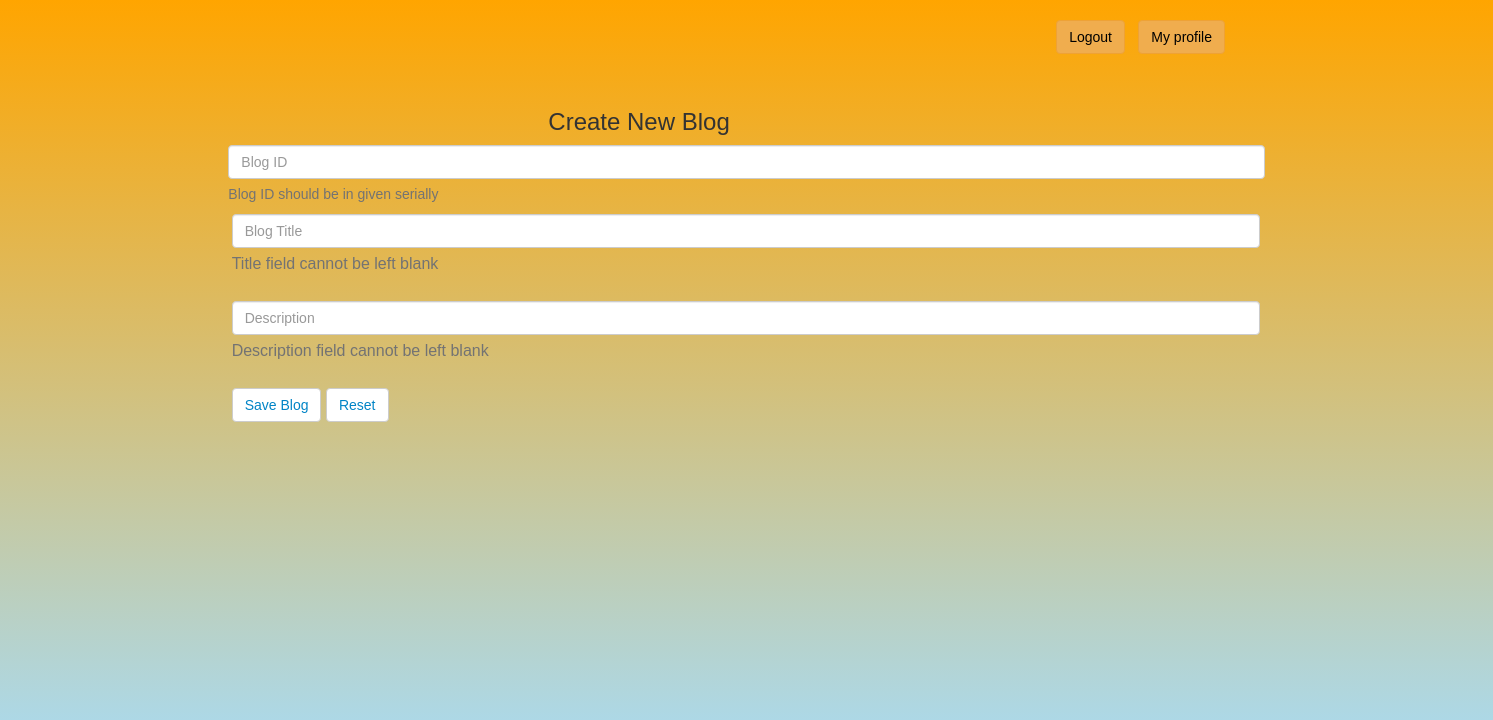
Repository: KaustubhKamat/CollaborationPlatform
Page: CollaborationFrontEnd/WebContent/c_blog/CreateBlog.html
These files come from the project's save history. The page is drawn as it stood at one moment and after the next save; the edit follows.
The browser window is 1280 px wide. The page is 1493 px wide, so the pictures cover 1493 px, including what lies to the right of the window. The pictures show the whole page.
Some web libraries are served in a nearby version.

Above is the page before, as saved 2017-03-14 05:55:00.

### CollaborationFrontEnd/WebContent/c_blog/CreateBlog.html
<html>
<head>
<meta charset="ISO-8859-1">
<title>Insert title here</title>
<link rel="stylesheet"
	href="https://maxcdn.bootstrapcdn.com/bootstrap/3.3.7/css/bootstrap.min.css">
<script
	src="https://ajax.googleapis.com/ajax/libs/jquery/1.12.4/jquery.min.js"></script>
<link rel="stylesheet"
	href="https://maxcdn.bootstrapcdn.com/font-awesome/4.4.0/css/font-awesome.min.css">
<script
	src="https://maxcdn.bootstrapcdn.com/bootstrap/3.3.7/js/bootstrap.min.js"></script>
</head>
<body>

<head>

<link rel="stylesheet"
	href="https://maxcdn.bootstrapcdn.com/bootstrap/3.3.7/css/bootstrap.min.css">
<script
	src="https://ajax.googleapis.com/ajax/libs/jquery/3.1.1/jquery.min.js"></script>
<script
	src="https://maxcdn.bootstrapcdn.com/bootstrap/3.3.7/js/bootstrap.min.js"></script>
<style>
body {
	font-family: sans-serif;

}

form {
	margin: 25px auto;
	font-size: medium;
	padding: 10px 20px;
	border-radius: 10px;
	text-align: justify;
}

body {
	background: linear-gradient(orange, lightblue);
}

h2 {
	text-align: center;
}

</style>
<meta http-equiv="Content-Type" content="text/html; charset=ISO-8859-1">
<title>Insert title here</title>
</head>

<body ng-app="">

<div class="UserController as ctrl">
<div class="container">
		<div class="nav navbar-nav navbar-right">
			<h3>
				<a href="#" ng-click="ctrl.logoutUser()" class="btn btn-warning"
					style="color: black"> Logout</a> &nbsp<a href="#/myProfile"
					class="btn btn-warning" style="color: black">My profile</a>
			</h3>
		</div>
		</div>
		</div>

<div ng-controller="BlogController as ctrl">

<div class="col-sm-9 col-md-offset-5">
		<h3>Create New Blog</h3>
		</div>

<div class="form-group" ng-class="{'has-error' : form.id.$dirty && form.id.$error.required}">
    <div class="col-sm-offset-2 col-sm-10">
      <input type="text" class="form-control" placeholder="Blog ID" ng-model="ctrl.blog.id" id="" name="id" required>
      <span ng-show="form.id.$dirty && form.id.$error.required" class="help-block">Blog ID should be in given serially </span>
    </div>
  </div>

<form name="form" ng-submit="ctrl.submit()" class="form-horizontal" role="form">
		<div class="form-group" ng-class="{'has-error' : form.title.$dirty && form.title.$error.required}">
    <div class="col-sm-offset-2 col-sm-10">
      <input type="text" class="form-control" placeholder="Blog Title" ng-model="ctrl.blog.title" id="" name="title" required>
      <span ng-show="form.title.$dirty && form.title.$error.required" class="help-block">Title field cannot be left blank</span>
    </div>
  </div>

   <div class="form-group" ng-class="{'has-error' : form.description.$dirty && form.description.$error.required}">
    <div class="col-sm-offset-2 col-sm-10">
      <input type="text" class="form-control" placeholder="Description" ng-model="ctrl.blog.description" id="description" name="description" required>
      <span ng-show="form.description.$dirty && form.description.$error.required" class="help-block">Description field cannot be left blank</span>
    </div>
  </div>

		<div class="form-group">
			<div class="col-sm-offset-2 col-sm-10">
				<button type="submit" class="btn btn-default" style="color: #0084c6">Save Blog</button>
				<button type="submit" class="btn btn-default" ng-click="ctrl.reset()" style="color: #0084c6">Reset</button>
		</div>
		</div>
	</form>
	</div>


 </body>
 </html>

After the next save:
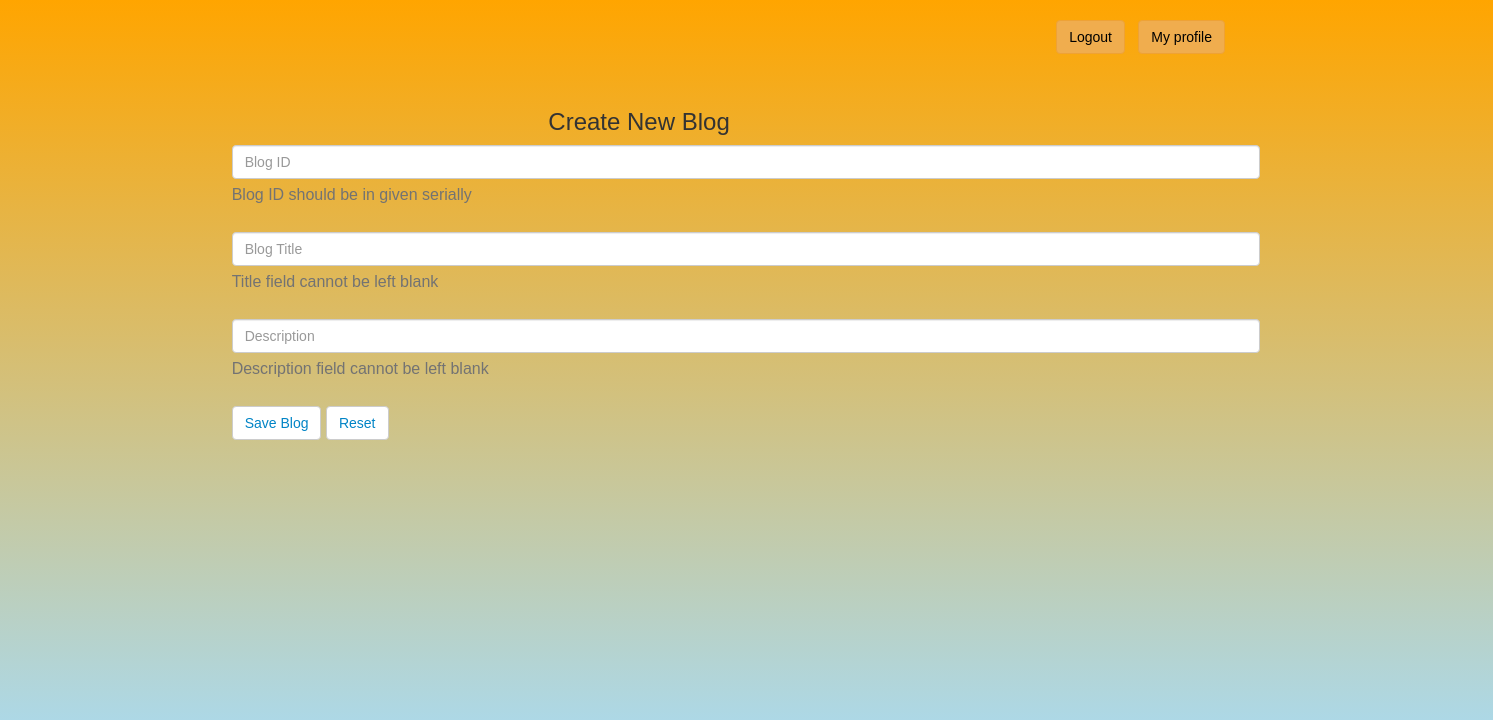
Saved 36 s later.
--- a/CollaborationFrontEnd/WebContent/c_blog/CreateBlog.html
+++ b/CollaborationFrontEnd/WebContent/c_blog/CreateBlog.html
@@ -68,6 +68,9 @@ h2 {
 		<h3>Create New Blog</h3>
 		</div>
 
+
+<form name="form" ng-submit="ctrl.submit()" class="form-horizontal" role="form">
+
 <div class="form-group" ng-class="{'has-error' : form.id.$dirty && form.id.$error.required}">
     <div class="col-sm-offset-2 col-sm-10">
       <input type="text" class="form-control" placeholder="Blog ID" ng-model="ctrl.blog.id" id="" name="id" required>
@@ -75,7 +78,6 @@ h2 {
     </div>
   </div>
 
-<form name="form" ng-submit="ctrl.submit()" class="form-horizontal" role="form">
 		<div class="form-group" ng-class="{'has-error' : form.title.$dirty && form.title.$error.required}">
     <div class="col-sm-offset-2 col-sm-10">
       <input type="text" class="form-control" placeholder="Blog Title" ng-model="ctrl.blog.title" id="" name="title" required>
